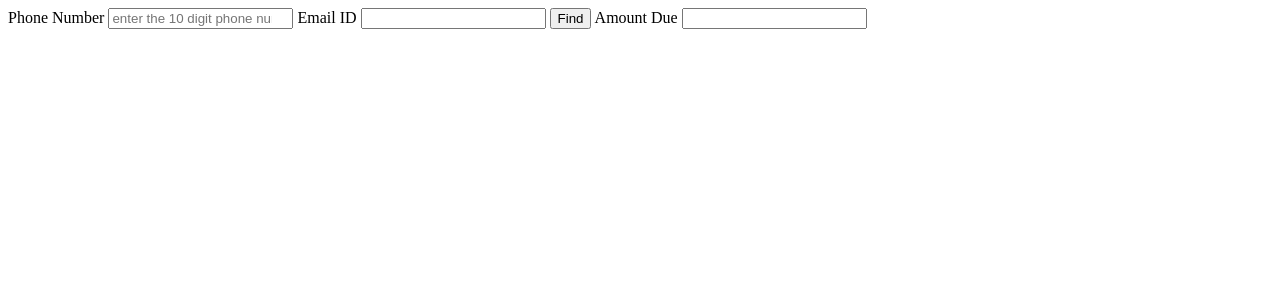
Repository: derekhub/IndiaTrainingProgramProjects
Page: ServletExample/WebContent/DueFinder.html
The author's editor kept a copy of each file at every save. The page is drawn from the files as they stood at one save, then again after the next save.
The browser window is 1280 px wide. The pictures show the whole page.

Above is the page before, as saved 2016-08-23 10:03:30.

After the next save:
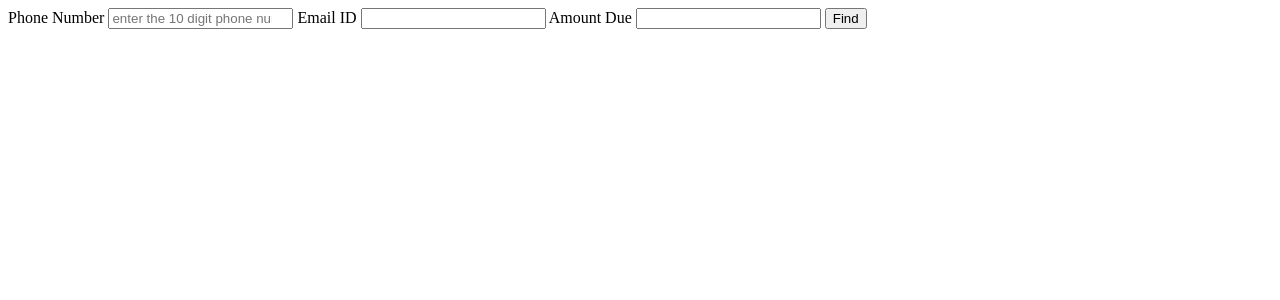
Saved 11 s later.
--- a/ServletExample/WebContent/DueFinder.html
+++ b/ServletExample/WebContent/DueFinder.html
@@ -24,10 +24,12 @@
   <label id="label-1">Email ID</label>
   <input type="email" name="email" multiple="multiple" required="required">
 
+  <label>Amount Due</label>
+  <input type="text" name="amtDue" id="amtDue" readonly="readonly">
+
   <input type="submit" value="Find">
 
-  <label>Amount Due</label>
-  <input type="text" name="amtDue" id="amtDue" readonly="readonly">
+
 
 </form>
 
